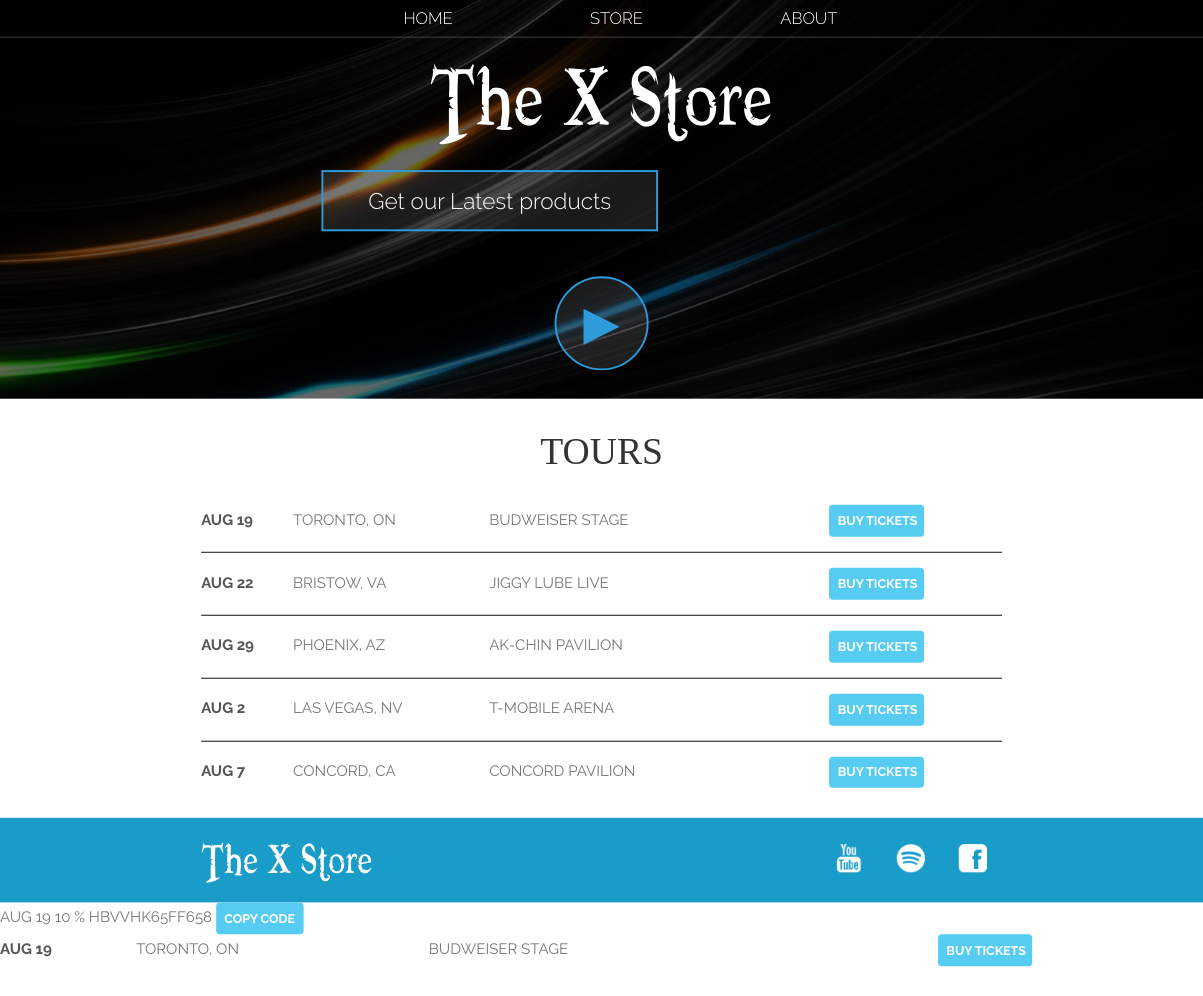
Repository: RL20/Strip_N_Shopping-cart
Page: index.html
The author's editor kept a copy of each file at every save. The page is drawn from the files as they stood at one save, then again after the next save.
The browser window is 1280 px wide. The pictures show the whole page, at 94% of full size.
Some web fonts or font styles are not loaded; a fallback is used.

Above is the page before, as saved 2022-08-18 19:00:25.

### index.html
<!DOCTYPE html>
<html>
  <head>
    <title>The X Store</title>
    <meta name="description" content="This is the description" />
    <link rel="stylesheet" href="styles.css" />
  </head>
  <body>
    <header class="main-header">
      <nav class="nav main-nav">
        <ul>
          <li><a href="index.html">HOME</a></li>
          <li><a href="store.html">STORE</a></li>
          <li><a href="about.html">ABOUT</a></li>
        </ul>
      </nav>
      <h1 class="band-name band-name-large">The X Store</h1>
      <div class="container">
        <button type="button" class="btn btn-header">Get our Latest products</button>
      </div>
      <button type="button" class="btn btn-header btn-play">&#9658;</button>
    </header>
    <section class="content-section container">
      <h2 class="section-header">TOURS</h2>
      <div>
        <div class="tour-row">
          <span class="tour-item tour-date">AUG 19</span>
          <span class="tour-item tour-city">TORONTO, ON</span>
          <span class="tour-item tour-arena">BUDWEISER STAGE</span>
          <button type="button" class="tour-item tour-btn btn btn-primary">BUY TICKETS</button>
        </div>
        <div class="tour-row">
          <span class="tour-item tour-date">AUG 22</span>
          <span class="tour-item tour-city">BRISTOW, VA</span>
          <span class="tour-item tour-arena">JIGGY LUBE LIVE</span>
          <button type="button" class="tour-item tour-btn btn btn-primary">BUY TICKETS</button>
        </div>
        <div class="tour-row">
          <span class="tour-item tour-date">AUG 29</span>
          <span class="tour-item tour-city">PHOENIX, AZ</span>
          <span class="tour-item tour-arena">AK-CHIN PAVILION</span>
          <button type="button" class="tour-item tour-btn btn btn-primary">BUY TICKETS</button>
        </div>
        <div class="tour-row">
          <span class="tour-item tour-date">AUG 2</span>
          <span class="tour-item tour-city">LAS VEGAS, NV</span>
          <span class="tour-item tour-arena">T-MOBILE ARENA</span>
          <button type="button" class="tour-item tour-btn btn btn-primary">BUY TICKETS</button>
        </div>
        <div class="tour-row">
          <span class="tour-item tour-date">AUG 7</span>
          <span class="tour-item tour-city">CONCORD, CA</span>
          <span class="tour-item tour-arena">CONCORD PAVILION</span>
          <button type="button" class="tour-item tour-btn btn btn-primary">BUY TICKETS</button>
        </div>
      </div>
    </section>
    <footer class="main-footer">
      <div class="container main-footer-container">
        <h3 class="band-name">The X Store</h3>
        <ul class="nav footer-nav">
          <li>
            <a href="https://www.youtube.com" target="_blank">
              <img src="Images/Icons/Youtube Logo.png" />
            </a>
          </li>
          <li>
            <a href="https://www.spotify.com" target="_blank">
              <img src="Images/Icons/Spotify Logo.png" />
            </a>
          </li>
          <li>
            <a href="https://www.facebook.com" target="_blank">
              <img src="Images/Icons/Facebook Logo.png" />
            </a>
          </li>
        </ul>
      </div>
    </footer>
  </body>
</html>

<div class="info-row">
  <span class="info-item info-date">AUG 19</span>
  <span class="info-item info-percent">10 %</span>
  <span class="info-item info-arena">HBVVHK65FF658</span>
  <button type="button" class="info-item info-btn btn btn-primary">COPY CODE</button>
</div>
<div class="tour-row">
  <span class="tour-item tour-date">AUG 19</span>
  <span class="tour-item tour-city">TORONTO, ON</span>
  <span class="tour-item tour-arena">BUDWEISER STAGE</span>
  <button type="button" class="tour-item tour-btn btn btn-primary">BUY TICKETS</button>
</div>

### styles.css
@import url("https://fonts.googleapis.com/css?family=Raleway:300,400,700");
@import url("https://fonts.googleapis.com/css?family=Metal+Mania");

@font-face {
  font-family: "Booter - Zero Zero";
  src: url("Fonts/Booter - Zero Zero.woff") format("woff"), url("Fonts/Booter - Zero Zero.woff2") format("woff2");
  font-weight: normal;
  font-style: normal;
}

* {
  box-sizing: border-box;
  font-family: Raleway;
  color: #777;
}

html,
body {
  margin: 0;
  padding: 0;
  min-height: 100%;
}

.nav ul {
  margin: 0;
}

.nav li {
  display: inline;
}

.nav a {
  display: inline-block;
  padding: 0.5em;
  color: white;
  text-decoration: none;
}

.main-nav {
  text-align: center;
  font-size: 1.1em;
  font-weight: lighter;
  border-bottom: 1px solid rgba(255, 255, 255, 0.3);
}

.main-nav li {
  padding: 0 5%;
}

.nav a:hover {
  background-color: rgba(255, 255, 255, 0.3);
}

.main-header {
  background-color: rgba(0, 0, 0, 0.6);
  background-image: url("Images/Header Background.jpg");
  background-image: url("Images/bg2.jpg");
  background-blend-mode: multiply;
  background-size: cover;
  padding-bottom: 30px;
}

.band-name {
  text-align: center;
  margin: 0;
  font-size: 4em;
  font-family: "Booter - Zero Zero";
  font-weight: normal;
  color: white;
}

.band-name-large {
  font-size: 8em;
}

.content-section {
  margin: 1em;
}

.container {
  max-width: 900px;
  margin: 0 auto;
  padding: 0 1.5em;
}
.section-header {
  font-family: "Metal Mania";
  font-weight: normal;
  color: #333;
  text-align: center;
  font-size: 2.5em;
}

.about-band-image {
  float: left;
  height: 200px;
  width: 200px;
  margin: 15px;
  border-radius: 50%;
}

.main-footer {
  background-color: #1a9cc8;
  color: white;
  padding: 0.25em 0;
}

.main-footer-container {
  display: flex;
  align-items: center;
}

.main-footer-container ul {
  flex-grow: 1;
  text-align: end;
}

.footer-nav li {
  padding: 0 0.5em;
}

.footer-nav img {
  width: 30px;
  height: 30px;
}

.btn {
  text-align: center;
  vertical-align: middle;
  padding: 0.67em 0.67em;
  cursor: pointer;
}

.btn-header {
  margin: 0.5em 15% 2em 15%;
  color: white;
  border: 2px solid #2d9cdb;
  background-color: rgba(255, 255, 255, 0.1);
  border-radius: 0;
  font-size: 1.5em;
  font-weight: lighter;
  padding-left: 2em;
  padding-right: 2em;
}

.btn-header:hover {
  background-color: rgba(255, 255, 255, 0.3);
}

.btn-play {
  display: block;
  margin: 0 auto;
  color: #2d9cdb;
  font-size: 4em;
  border-radius: 50%;
  width: 100px;
  height: 100px;
  padding: 0;
  text-align: center;
}

.btn-primary {
  color: white;
  background-color: #56ccf2;
  border: none;
  border-radius: 0.3em;
  font-weight: bold;
}

.btn-primary:hover {
  background-color: #2d9cdb;
}

.tour-row {
  border-bottom: 1px solid black;
  padding-bottom: 1em;
  margin-bottom: 1em;
}

.tour-row:last-child {
  border: none;
}

.tour-item {
  display: inline-block;
  padding-right: 0.5em;
}

.tour-date {
  color: #555;
  width: 11%;
  font-weight: bold;
}

.tour-city {
  width: 24%;
}

.tour-arena {
  width: 42%;
}

.tour-btn {
  max-width: 19%;
}

.shop-item {
  margin: 30px;
}

.shop-item-title {
  display: block;
  width: 100%;
  text-align: center;
  font-weight: bold;
  font-size: 1.5em;
  color: #333;
  margin-bottom: 15px;
}

.shop-item-image {
  height: 250px;
  width: min-content;
}

.shop-item-details {
  display: flex;
  align-items: center;
  padding: 5px;
}

.shop-item-price {
  flex-grow: 1;
  color: #333;
}

.shop-items {
  /* display: flex;
  flex-wrap: wrap;
  justify-content: space-around; */
  display: grid;
  grid-template-columns: repeat(2, 1fr);
  grid-auto-rows: 350px;
  grid-gap: 30px;
  grid-auto-flow: dense;
}

.cart-header {
  font-weight: bold;
  font-size: 1.25em;
  color: #333;
}

.cart-column {
  display: flex;
  align-items: center;
  border-bottom: 1px solid black;
  margin-right: 1.5em;
  padding-bottom: 10px;
  margin-top: 10px;
}

.cart-row {
  display: flex;
}

.cart-item {
  width: 45%;
}

.cart-price {
  width: 20%;
  font-size: 1.2em;
  color: #333;
}

.cart-quantity {
  width: 35%;
}

.cart-item-title {
  color: #333;
  margin-left: 0.5em;
  font-size: 1.2em;
}

.cart-item-image {
  width: 75px;
  height: auto;
  border-radius: 10px;
}

.btn-danger {
  color: white;
  background-color: #eb5757;
  border: none;
  border-radius: 0.3em;
  font-weight: bold;
}

.btn-danger:hover {
  background-color: #cc4c4c;
}

.cart-quantity-input {
  height: 34px;
  width: 50px;
  border-radius: 5px;
  border: 1px solid #56ccf2;
  background-color: #eee;
  color: #333;
  padding: 0;
  text-align: center;
  font-size: 1.2em;
  margin-right: 25px;
}

.cart-row:last-child {
  border-bottom: 1px solid black;
}

.cart-row:last-child .cart-column {
  border: none;
}

.cart-total {
  text-align: end;
  margin-top: 10px;
  margin-right: 10px;
}

.cart-total-title {
  font-weight: bold;
  font-size: 1.5em;
  color: black;
  margin-right: 20px;
}

.cart-total-price {
  color: #333;
  font-size: 1.1em;
}

.btn-purchase {
  display: block;
  margin: 40px auto 80px auto;
  font-size: 1.75em;
}

After the next save:
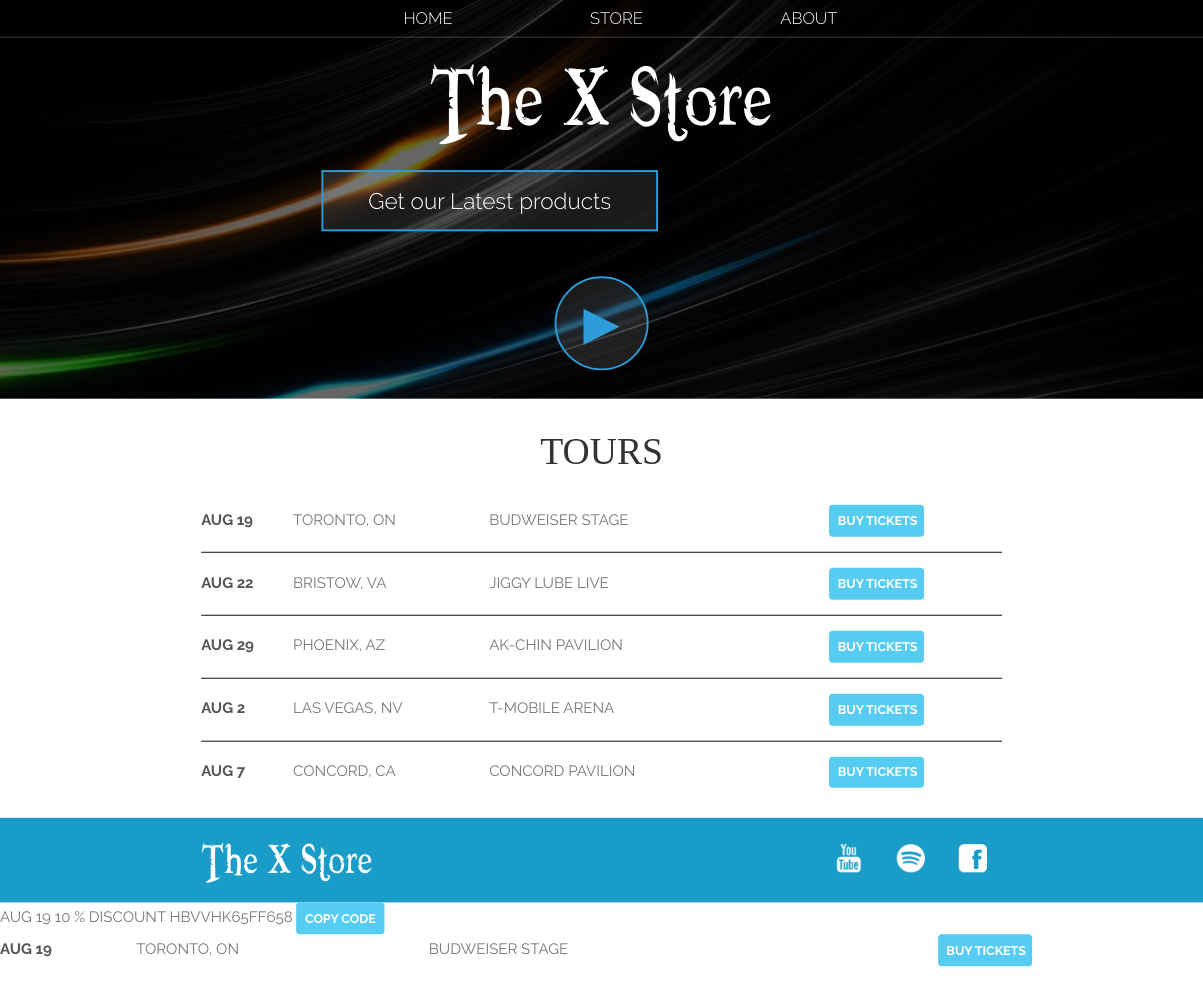
Saved 99 s later.
--- a/index.html
+++ b/index.html
@@ -82,8 +82,8 @@
 
 <div class="info-row">
   <span class="info-item info-date">AUG 19</span>
-  <span class="info-item info-percent">10 %</span>
-  <span class="info-item info-arena">HBVVHK65FF658</span>
+  <span class="info-item info-percent">10 % DISCOUNT</span>
+  <span class="info-item info-coupon">HBVVHK65FF658</span>
   <button type="button" class="info-item info-btn btn btn-primary">COPY CODE</button>
 </div>
 <div class="tour-row">
